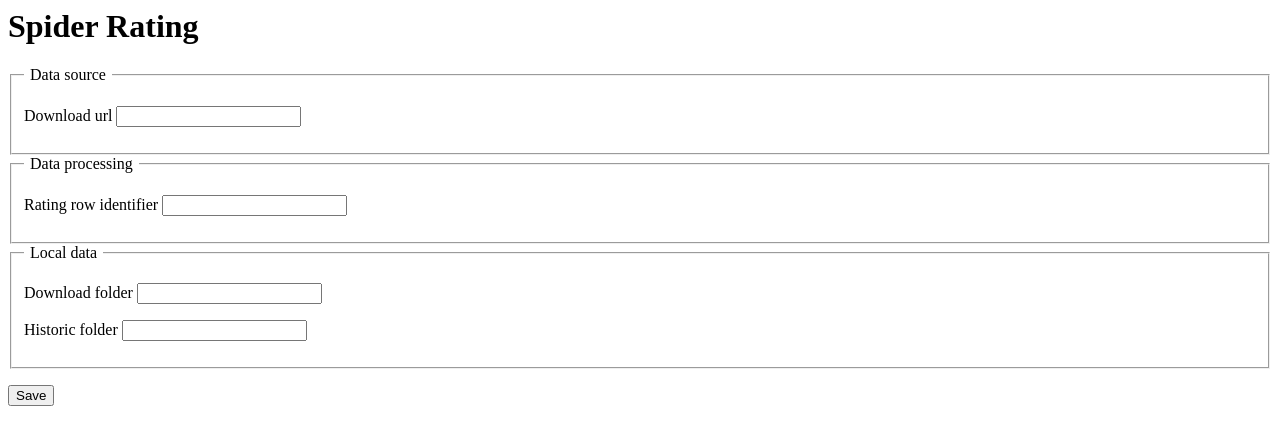
Repository: tclab/java_web_app_template
Page: http://localhost/Template/jsp/spiders/rating/rating.jsp
An editor plug-in stored every save of this project. The page is shown before and after the next save, followed by the edit.
The browser window is 1280 px wide. The pictures show the whole page.
The page is served by Tomcat 9. Other server files are loaded and not shown.

Above is the page before, as saved 2013-08-08 14:01:26.
Console error: ReferenceError: jQuery is not defined

### Template/WebContent/jsp/spiders/rating/rating.jsp
<%@ taglib prefix="c" uri="http://java.sun.com/jsp/jstl/core"%>

<!-- JAVASCRITP -->
<script type="text/javascript" src=<c:url value="/js/jquery/timePicker/jquery.ui.timepicker.js"/>></script>
<script type="text/javascript" src=<c:url value="/js/parametrization/spiders/spiderParametrization.js"/>></script>


<script type="text/javascript">
	$(function() {
		$('#startTime').timepicker({
			showPeriodLabels : false
		});
	});

	$(function() {
		$('#btn_show_timepicker').click(function() {
			i = document.getElementById('startTime');
			$.startTime._showTimepicker(i);

		});
	});
</script>

<!-- Pagetitle -->
<h1 class="pagetitle">Spider Rating</h1>

<!-- Content unit - One column -->
<!-- <h1 class="block">1 - Configuration form</h1> -->
<div class="column1-unit">
	<div class="contactform">
		<form name="generalOptions" action="" method="post">
			<fieldset>
				<legend>&nbsp;Data source&nbsp;</legend>
				<p>
					<label for="downUrl" class="left">Download url</label>
					<input type="text" name="downUrl" id="downUrl" class="field" value="<c:out value="${downUrl}"></c:out>" tabindex="1" />
				</p>
			</fieldset>
			<fieldset>
				<legend>&nbsp;Data processing&nbsp;</legend>
				<p>
					<label for="rowIdentifierRating" class="left">Rating row identifier</label>
					<input type="text" name="rowIdentifierRating" id="rowIdentifierRating" class="field" value="<c:out value="${rowIdentifierRating}"></c:out>" tabindex="1" />
				</p>
			</fieldset>
			<fieldset>
				<legend>&nbsp;Local data&nbsp;</legend>
				<p>
					<label for="downFolder" class="left">Download folder</label>
					<input type="text" name="downFolder" id="downFolder" class="field" value="<c:out value="${downFolder}"></c:out>" tabindex="1" />
				</p>
				<p>
					<label for="historicFolder" class="left">Historic folder</label>
					<input type="text" name="historicFolder" id="historicFolder" class="field" value="<c:out value="${historicFolder}"></c:out>" tabindex="1" />
				</p>
			</fieldset>
<!-- 			<fieldset> -->
<!-- 				<legend>&nbsp;Frecuency&nbsp;</legend> -->
<!-- 				<p> -->
<!-- 					<label for="frequency" class="left">Frecuency</label> -->
<%-- 					<input type="text" name="frequency" id="frequency" class="field" value="<c:out value="${frequency}"></c:out>" tabindex="1" /> --%>
<!-- 				</p> -->
<!-- 			</fieldset> -->
				<p>
					<input type="button" onclick="javascript:saveRatingOptions();" name="genera" id="genera" class="button" value="Save" tabindex="6" />
				</p>
		</form>
	</div>
</div>

### Template/WebContent/js/parametrization/spiders/spiderParametrization.js
function saveEpgOptions(){
	var form = document.generalOptions;
	form.action = "FCSpiderParametrization.do.spiderEpgSave";
	form.submit();
}

function saveOdOptions(){
	var form = document.generalOptions;
	form.action = "FCSpiderParametrization.do.spiderOdSave";
	form.submit();
}

function saveVodOptions(){
	var form = document.generalOptions;
	form.action = "FCSpiderParametrization.do.spiderVodSave";
	form.submit();
}


function saveRatingOptions(){
	var form = document.generalOptions;
	form.action = "FCSpiderParametrization.do.spiderRatingSave";
	form.submit();
}

function saveChannelOptions(){
	var form = document.generalOptions;
	form.action = "FCSpiderParametrization.do.spideChannelSave";
	form.submit();
}


//METADATA
function selectVodMetadata(id, keyName, keyValue){
	var form = document.vodMetadataValues;

	form.vodMetaId.value = id;
	form.keyName.value = keyName;
	form.keyValue.value = keyValue;
}

function saveVodMetadata(){
	var form = document.vodMetadataValues;

	if (form.vodMetaId.value != null && form.vodMetaId.value != "") {
		form.action = "FCSpiderParametrization.do.spiderVodUpdateMetadata";
		form.submit();
	} else {
		if ((form.keyName.value != null && form.keyName.value != "") &&
			(form.keyValue.value != null && form.keyValue.value != "")) {
			form.action = "FCSpiderParametrization.do.spiderVodSaveMetadata";
			form.submit();
		} else {
			alert("You must specify key and description");
		}
	}
}

function deleteVodMetadata() {
	var form = document.vodMetadataValues;

	if (form.vodMetaId.value != null && form.vodMetaId.value != "") {
		if (confirm("Are you shure?")) {
			form.action = "FCSpiderParametrization.do.spiderVodDeleteMetadata";
			form.submit();
		}

	} else {
		alert("You must select a metadata");
	}

}

function cleanVodMetadata(){
	var form = document.vodMetadataValues;

	form.vodMetaId.value = "";
	form.keyName.value = "";
	form.keyValue.value = "";
}

//PAGE
function selectPageMetadata(id, keyName, keyValue){
	var form = document.pageMetadataValues;

	form.pageMetaId.value = id;
	form.keyName.value = keyName;
	form.keyValue.value = keyValue;
}

function savePageMetadata(){
	var form = document.pageMetadataValues;

	if (form.pageMetaId.value != null && form.pageMetaId.value != "") {
		form.action = "FCSpiderParametrization.do.spiderPageUpdateMetadata";
		form.submit();
	} else {
		if ((form.keyName.value != null && form.keyName.value != "")
				&& (form.keyValue.value != null && form.keyValue.value != "")) {
			form.action = "FCSpiderParametrization.do.spiderPageSaveMetadata";
			form.submit();
		} else {
			alert("You must specify key and description");
		}
	}
}

function deletePageMetadata() {
	var form = document.pageMetadataValues;

	if (form.pageMetaId.value != null && form.pageMetaId.value != "") {
		if (confirm("Are you shure?")) {
			form.action = "FCSpiderParametrization.do.spiderPageDeleteMetadata";
			form.submit();
		}

	} else {
		alert("You must select a metadata");
	}

}

function cleanPageMetadata(){
	var form = document.pageMetadataValues;

	form.pageMetaId.value = "";
	form.keyName.value = "";
	form.keyValue.value = "";
}


//CHANNEL
function deleteChannelMetadata(){
	var form = document.chMetadataValues;
	if (form.channelMetaId.value != null && form.channelMetaId.value != "") {
		if (confirm("Are you shure?")) {
			form.action = "FCSpiderParametrization.do.spiderChannelDeleteMetadata";
			form.submit();
		}

	} else {
		alert("You must select a metadata");
	}

}

function selectChannelMetadata(id, keyName, keyValue){
	var form = document.chMetadataValues;

	form.channelMetaId.value = id;
	form.keyName.value = keyName;
	form.keyValue.value = keyValue;
}

function saveChannelMetadata(){
	var form = document.chMetadataValues;

	if (form.channelMetaId.value != null && form.channelMetaId.value != "") {
		form.action = "FCSpiderParametrization.do.spiderChannelUpdateMetadata";
		form.submit();
	} else {

		if ((form.keyName.value != null && form.keyName.value != "")
				&& (form.keyValue.value != null && form.keyValue.value != "")) {
			form.action = "FCSpiderParametrization.do.spiderChannelSaveMetadata";
			form.submit();
		} else {
			alert("You must specify key and description");
		}
	}
}

function cleanChannelMetadata(){
	var form = document.chMetadataValues;

	form.channelMetaId.value = "";
	form.keyName.value = "";
	form.keyValue.value = "";
}

//EPG
function selectEpgMetadata(id, keyName, keyValue){
	var form = document.epgMetadataValues;

	form.epgMetaId.value = id;
	form.keyName.value = keyName;
	form.keyValue.value = keyValue;
}

function deleteEpgMetadata() {
	var form = document.epgMetadataValues;

	if (form.epgMetaId.value != null && form.epgMetaId.value != "") {
		if (confirm("Are you shure?")) {
			form.action = "FCSpiderParametrization.do.spiderEpgDeleteMetadata";
			form.submit();
		}

	} else {
		alert("You must select a metadata");
	}

}

function saveEpgMetadata(){
	var form = document.epgMetadataValues;

	if (form.epgMetaId.value != null && form.epgMetaId.value != "") {
		form.action = "FCSpiderParametrization.do.spiderEpgUpdateMetadata";
		form.submit();
	} else {
		if ((form.keyName.value != null && form.keyName.value != "")
				&& (form.keyValue.value != null && form.keyValue.value != "")) {
			form.action = "FCSpiderParametrization.do.spiderEpgSaveMetadata";
			form.submit();
		} else {
			alert("You must specify key and description");
		}
	}
}

function cleanEpgMetadata(){
	var form = document.epgMetadataValues;

	form.epgMetaId.value = "";
	form.keyName.value = "";
	form.keyValue.value = "";
}

Loaded but not shown: Template/WebContent/js/jquery/timePicker/jquery.ui.timepicker.js (library)

After the next save:
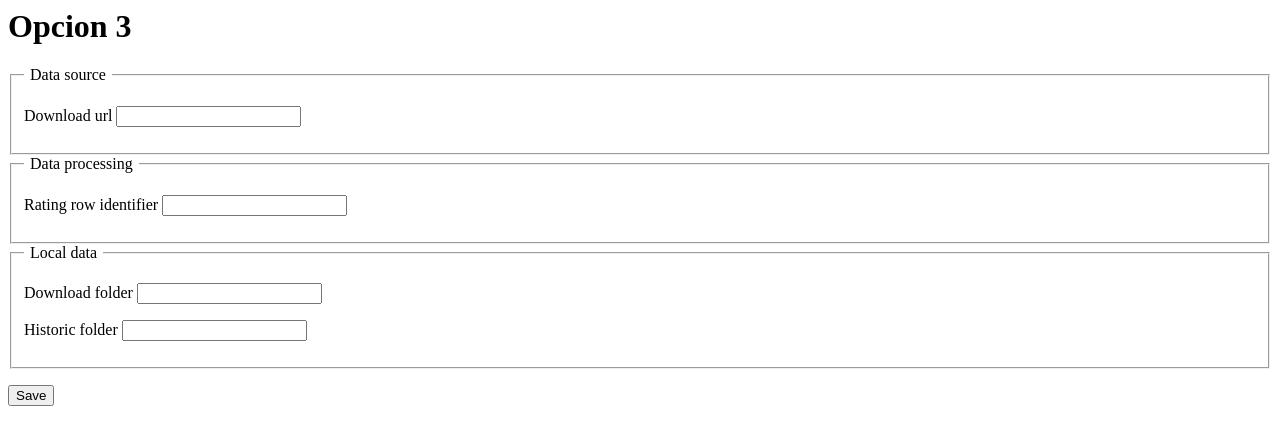
Saved 11 s later.
--- a/Template/WebContent/jsp/spiders/rating/rating.jsp
+++ b/Template/WebContent/jsp/spiders/rating/rating.jsp
@@ -22,7 +22,7 @@
 </script>
 
 <!-- Pagetitle -->
-<h1 class="pagetitle">Spider Rating</h1>
+<h1 class="pagetitle">Opcion 3</h1>
 
 <!-- Content unit - One column -->
 <!-- <h1 class="block">1 - Configuration form</h1> -->
